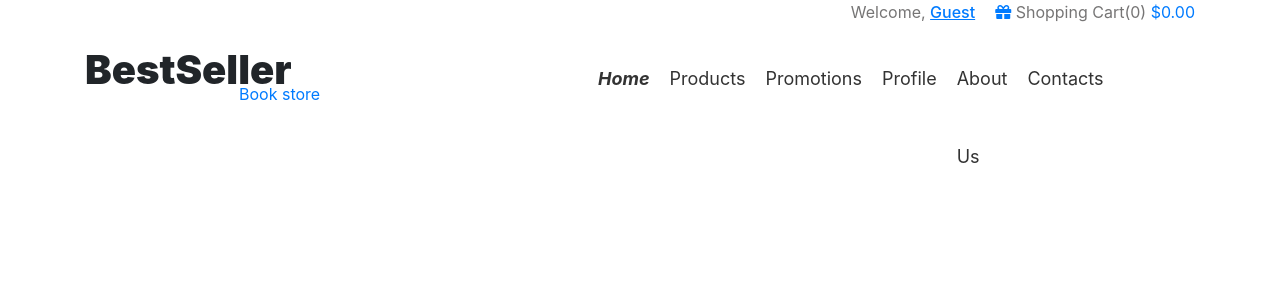
Repository: phunobi1807/BestSeller
Page: index.html
An editor plug-in stored every save of this project. The page is shown before and after the next save, followed by the edit.
The browser window is 1280 px wide. The pictures show the whole page.

Above is the page before, as saved 2021-06-28 22:40:16.

### index.html
<!DOCTYPE html>
<html lang="en">
<head>
    <meta charset="UTF-8">
    <meta http-equiv="X-UA-Compatible" content="IE=edge">
    <meta name="viewport" content="width=device-width, initial-scale=1.0">
    <title>BestSeller</title>
    <link rel="stylesheet" href="./css/style.css">
</head>
<body>
    <header id="header">
        <div class="container">
            <div class="top-header">
                <div class="top-nav">
                    <p class="top-nav__text">Welcome, <a href="#" class="top-nav__text-link">Guest</a></p>
                    <div class="top-nav__shopping-cart">
                        <i  class="top-nav__icon fas fa-gift"></i>
                        <span class="top-nav__cart">Shopping Cart(0) <a href="#">$0.00</a></span>
                    </div>
                </div>
                <div class="navigation">
                    <div class="row">
                        <div class="col-lg-4">
                            <div class="navigation-logo">
                                <div class="navigation-logo__text">
                                    <span class="navigation-logo__text-big">BestSeller</span>
                                    <span class="navigation-logo__text-small">Book store</span>
                                </div>
                            </div>
                        </div>
                        <div class="col-lg-6">
                           <ul class="navigation-menu">
                               <li class="navigation-menu__item navigation-menu__item--active" >Home</li>
                               <li class="navigation-menu__item">Products</li>
                               <li class="navigation-menu__item">Promotions</li>
                               <li class="navigation-menu__item">Profile</li>
                               <li class="navigation-menu__item">About Us</li>
                               <li class="navigation-menu__item">Contacts</li>
                           </ul>
                        </div>
                    </div>
                </div>
            </div>
        </div>
    </header>
    <div id="content">

    </div>
<link rel="stylesheet" href="https://use.fontawesome.com/releases/v5.15.3/css/all.css" integrity="sha384-SZXxX4whJ79/gErwcOYf+zWLeJdY/qpuqC4cAa9rOGUstPomtqpuNWT9wdPEn2fk" crossorigin="anonymous">
<link rel="stylesheet" href="https://maxcdn.bootstrapcdn.com/bootstrap/4.5.2/css/bootstrap.min.css">
<script src="https://ajax.googleapis.com/ajax/libs/jquery/3.5.1/jquery.min.js"></script>
<script src="https://cdnjs.cloudflare.com/ajax/libs/popper.js/1.16.0/umd/popper.min.js"></script>
<script src="https://maxcdn.bootstrapcdn.com/bootstrap/4.5.2/js/bootstrap.min.js"></script>
</body>
</html>

### css/style.css
@import url(https://fonts.googleapis.com/css2?family=Roboto:wght@100;200;300;400;500;600;800;900&display=swap);
:root {
    --color-primary: #007bff;
}

* {
    box-sizing: inherit;
}

html {
    box-sizing: border-box;
    margin: 0;
    font-family: 'Roboto', sans-serif;
}

/* top nav  */

.top-nav {
    display: flex;
    justify-content: flex-end;
}

.top-nav__text {
    padding: 0 20px;
}

.top-nav__text-link {
    font-weight: 500;
    text-decoration: underline;
}

.top-nav__text, .top-nav__cart {
    color: #767575;
}

.top-nav__icon {
    color: var(--color-primary);
}

/* logo-menu  */

.navigation-logo {
    position: relative;
}

.navigation-logo__text-big {
    font-size: 40px;
    font-weight: 900;
}

.navigation-logo__text-small {
    position: absolute;
    bottom: 0;
    left: 44%;
    top: 70%;
    color: var(--color-primary);
}

/* Danh sach menu  */

.navigation-menu {
    display: flex;
    line-height: 78px;
    list-style: none;
    padding: 0 133px;
}

.navigation-menu__item--active {
    font-style: italic;
    font-weight: bold;
}

.navigation-menu__item {
    font-size: 18px;
    color: #333;
    margin-right: 20px;
}

After the next save:
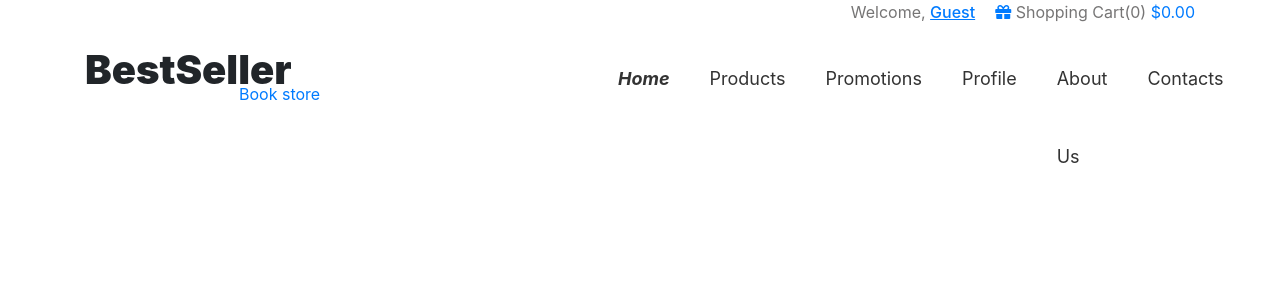
Saved 79 s later.
--- a/css/style.css
+++ b/css/style.css
@@ -73,5 +73,5 @@ html {
 .navigation-menu__item {
     font-size: 18px;
     color: #333;
-    margin-right: 20px;
+    margin: 0 20px;
 }
